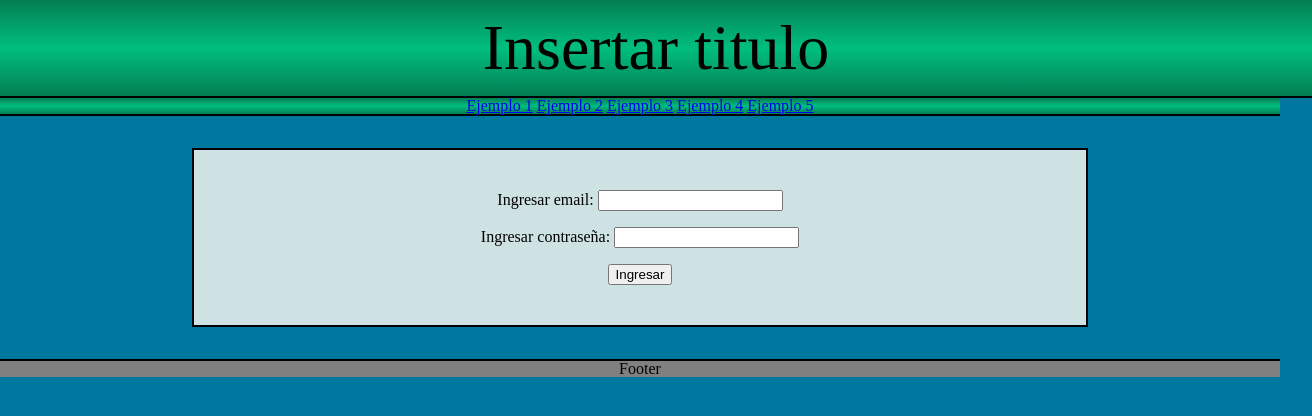
Repository: FacundoKinderknecht/Parcial-2-LPPA
Page: login/login.html
These files come from the project's save history. The page is drawn as it stood at one moment and after the next save; the edit follows.
The browser window is 1280 px wide. The page is 1312 px wide, so the pictures cover 1312 px, including what lies to the right of the window. The pictures show the whole page.

Above is the page before, as saved 2022-07-06 10:23:51.

After the next save:
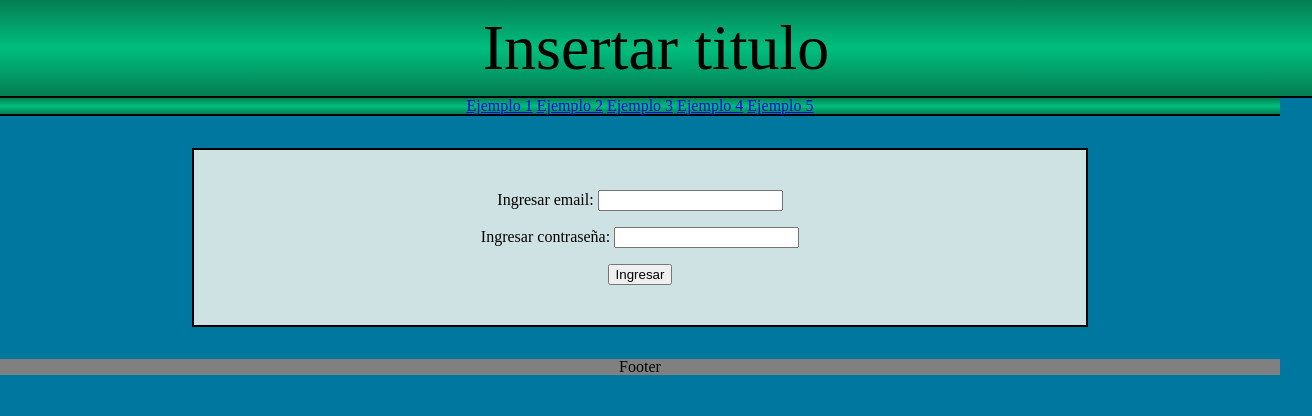
Saved 14 s later.
--- a/login/login.css
+++ b/login/login.css
@@ -36,7 +36,7 @@
     padding: 0.5rem;
 }
 footer{
-    border-top: 2px solid black;
+    border: 2px 2px solid black;
     background-color: grey;
     bottom: 0;
     width: 100%;

After the save that followed:
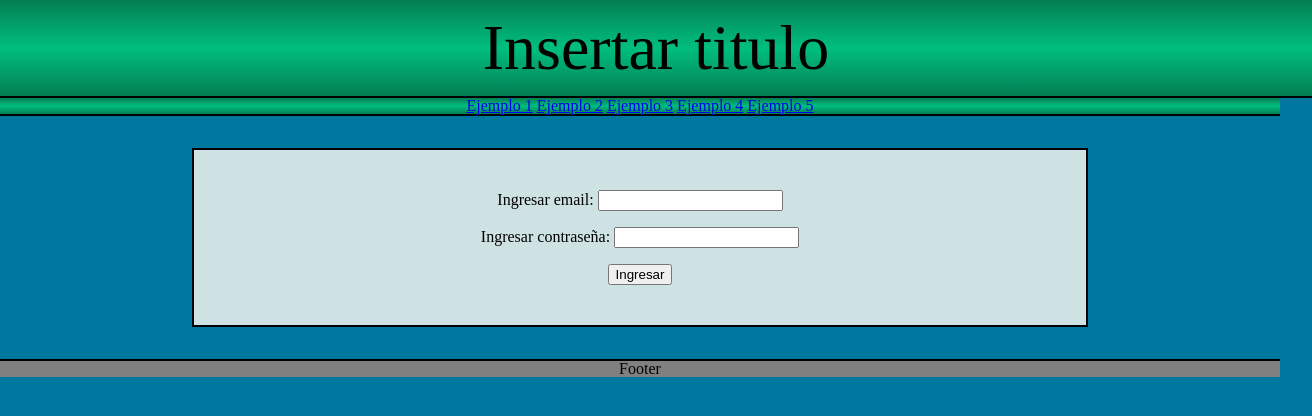
Saved 24 s later.
--- a/login/login.css
+++ b/login/login.css
@@ -36,7 +36,7 @@
     padding: 0.5rem;
 }
 footer{
-    border: 2px 2px solid black;
+    border-top: 2px solid black;
     background-color: grey;
     bottom: 0;
     width: 100%;
